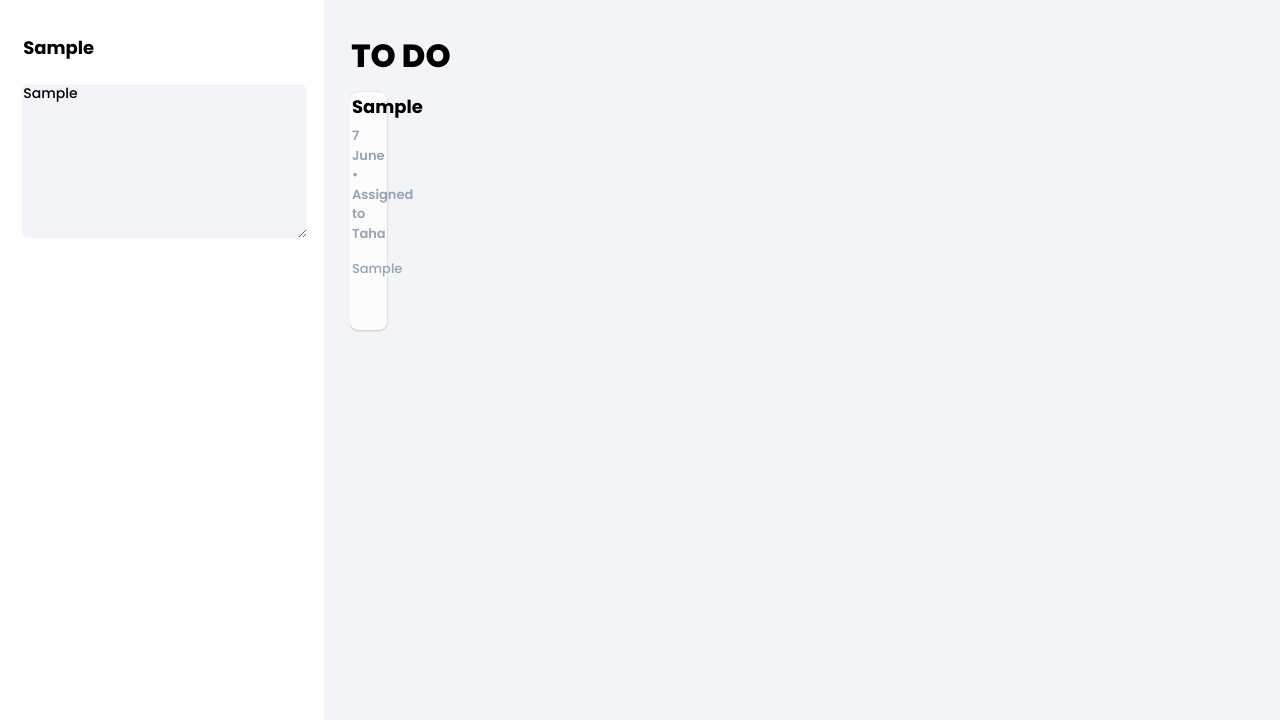
Repository: ReyhanehRahmani/TO-DO
Page: index.html
These files come from the project's save history. The page is drawn as it stood at one moment and after the next save; the edit follows.
The browser window is 1280 px wide. The pictures show the whole page.
Empty fields were first filled with sample values (such as "Sample", 5 or name@example.com).
After loading, the first visible `#creatbut` was clicked once.
Some web fonts or font styles are not loaded; a fallback is used.

Above is the page before, as saved 2025-06-08 13:16:37.

After the next save:
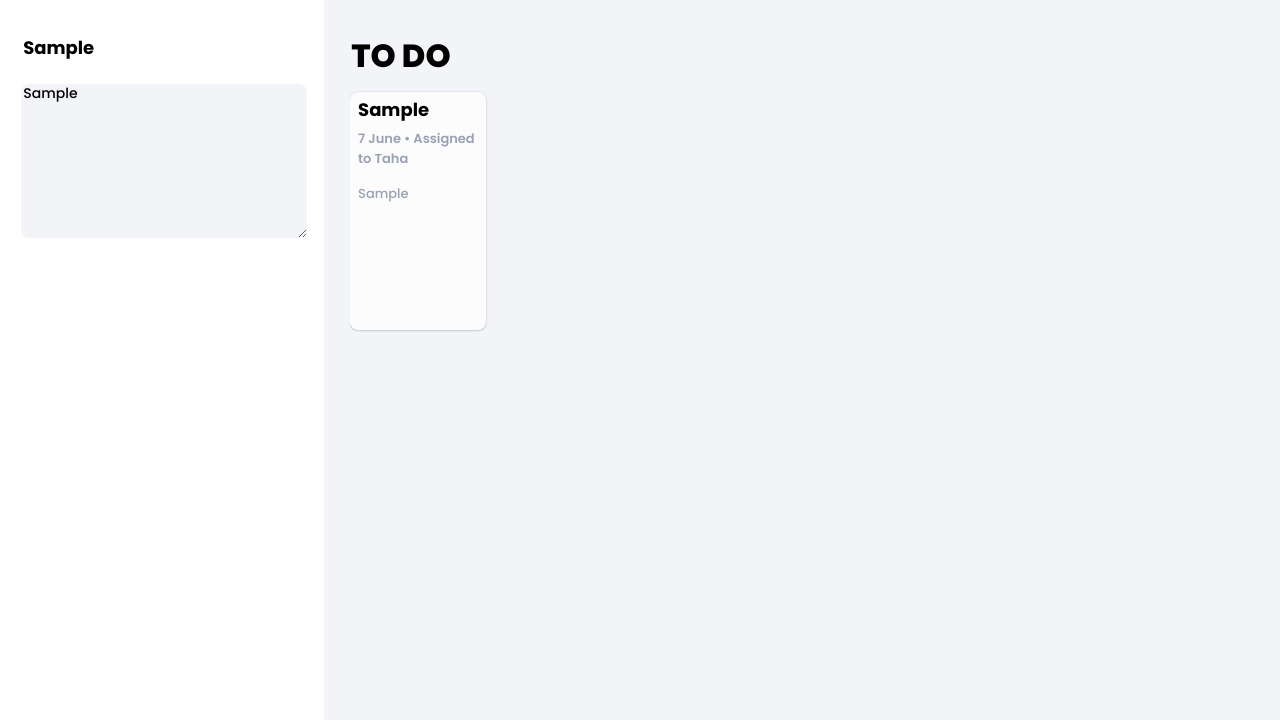
Saved 10 min 46 s later.
--- a/style.css
+++ b/style.css
@@ -296,7 +296,7 @@ body, html {
 
 
 .card {
-    width: 22.130013831%;
+    width: 80.130013831%;
     height: 238px;
     border-radius: 8px;
     background: #FCFCFD;

After the save that followed:
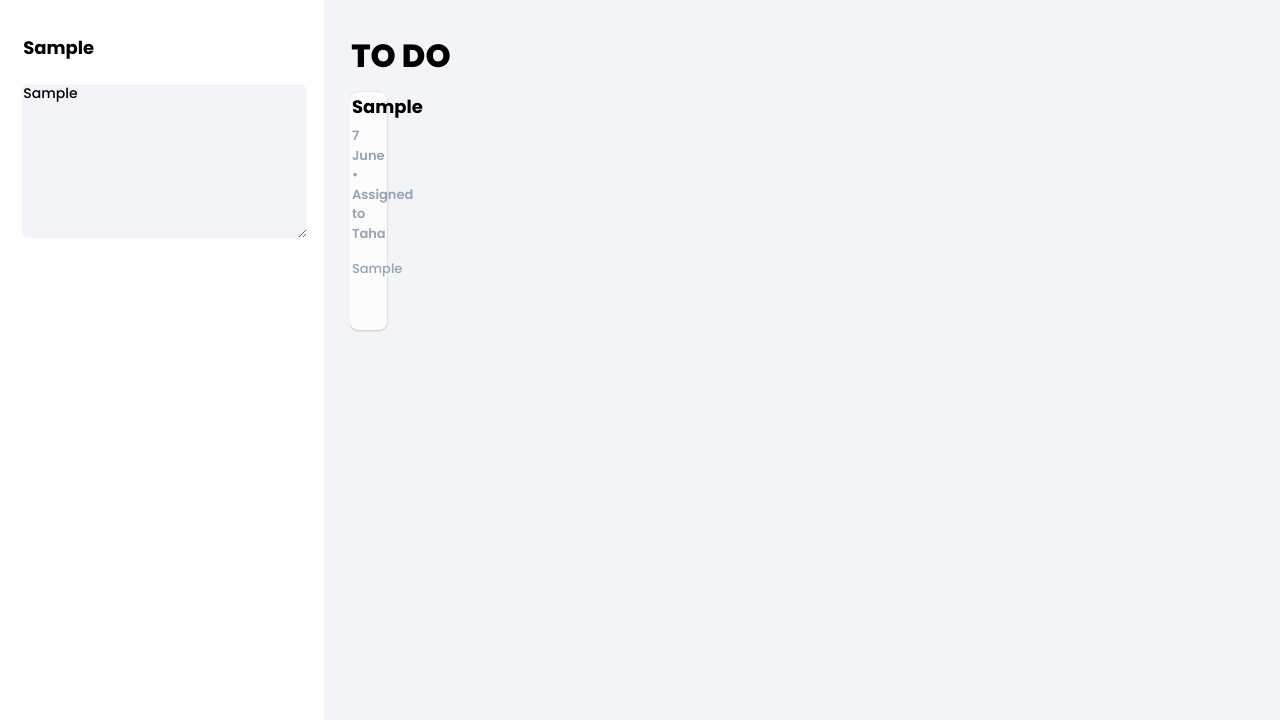
Saved 13 s later.
--- a/style.css
+++ b/style.css
@@ -296,7 +296,7 @@ body, html {
 
 
 .card {
-    width: 80.130013831%;
+    width: 22.130013831%;
     height: 238px;
     border-radius: 8px;
     background: #FCFCFD;
